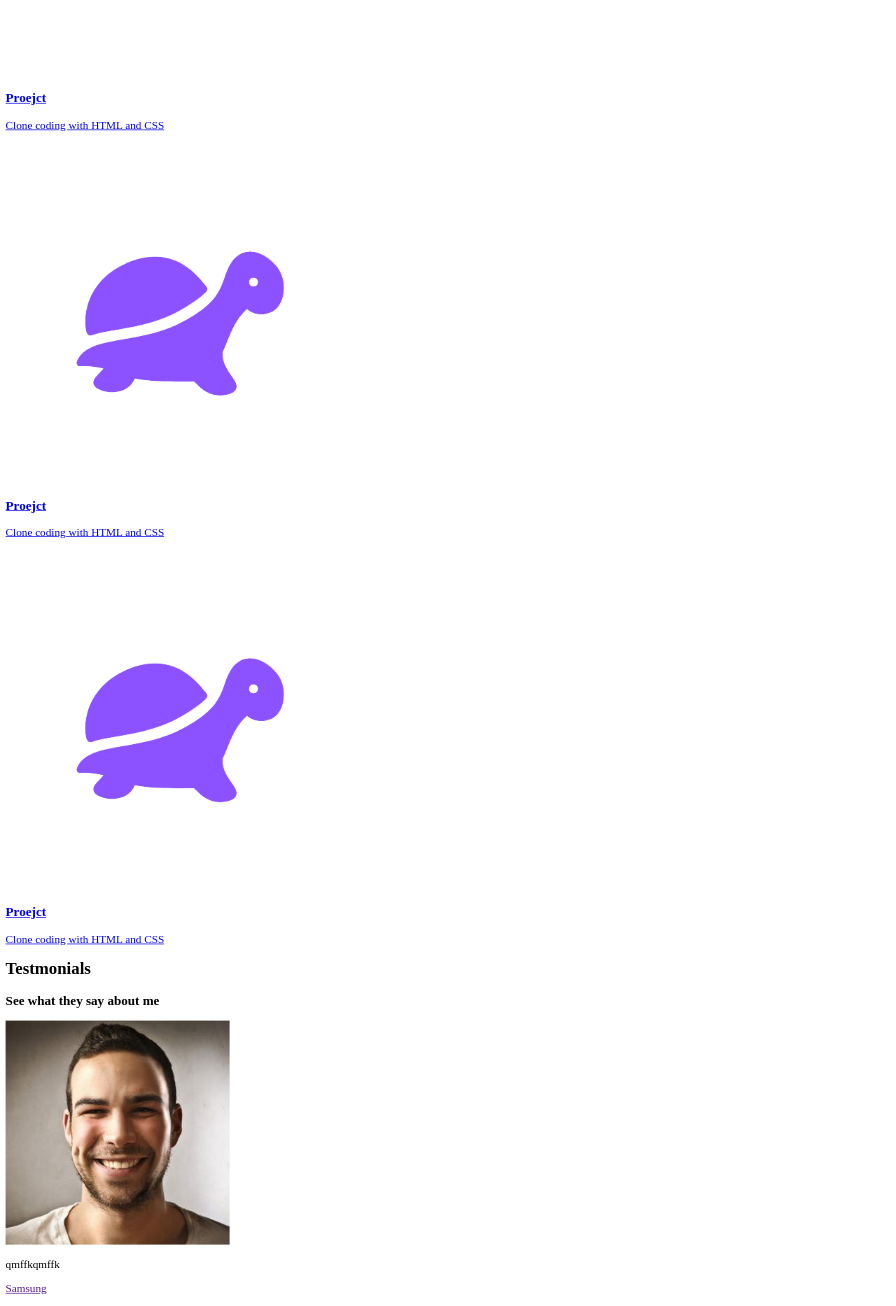
Repository: DevMinwoo-Jung/MinwooPortfolio
Page: index.html
These files come from the project's save history. The page is drawn as it stood at one moment and after the next save; the edit follows.
The browser window is 1280 px wide. The pictures show the part of the page from y = 4580 to 6500 px (the page is 6446 px tall before and 6866 px after), at 70% of full size.

Above is the page before, as saved 2021-05-28 11:12:35.

### index.html
<!DOCTYPE html>
<html lang="en">
<head>
  <meta charset="UTF-8">
  <meta http-equiv="X-UA-Compatible" content="IE=edge">
  <meta name="viewport" content="width=device-width, initial-scale=1.0">
  <title>Minwoo's Portfolio</title>
  <meta name="description" content="(will be) world-renowned Front-End Web developer Minwoo">
  <meta name="author" content= "Minwoo Jung">
  <link rel="icon" type ="image/png" href="imgs/favicon.png">
  <link rel="stylesheet" href="https://use.fontawesome.com/releases/v5.15.3/css/all.css" integrity="sha384-SZXxX4whJ79/gErwcOYf+zWLeJdY/qpuqC4cAa9rOGUstPomtqpuNWT9wdPEn2fk" crossorigin="anonymous">
  <link rel="preconnect" href="https://fonts.gstatic.com">
<link href="https://fonts.googleapis.com/css2?family=Open+Sans:wght@400;600;700&display=swap" rel="stylesheet">
<link rel="stylesheet" href="style.css">
<script src="main.js" defer></script>
</head>
<body>
  <!-- Navbar -->
  <nav id="navbar">
    <div class="navbar__logo">
      <img src="imgs/favicon.png" alt="">
      <a href="#">Minwoo</a>
    </div>
      <ul class="nvabar__menu">
        <li class="navbar__menu__item">Home</li>
        <li class="navbar__menu__item">About</li>
        <li class="navbar__menu__item">Skills</li>
        <li class="navbar__menu__item">My work</li>
        <li class="navbar__menu__item">Testimonial</li>
        <li class="navbar__menu__item">Contact</li>
      </ul>
  </nav>
  <!-- Home -->
  <section id="home">
    <img src="imgs/myPhoto.jpg" alt="Minwoo's profile photo" class="home__avatar">
    <h1 class="home__title">반갑습니다. <br> 프론트엔드 개발자 정민우입니다.</h1>
    <h2 class="home__description">멈추지 않는 개발자로 살아가고싶습니다.</h2>
    <button class="home__contact">Contact Me</button>
  </section>
  <!-- About -->
  <section id="about">
    <h1>About me</h1>
    <p>나를 나타내는 문장 문장 장문 문에 있는 고추장</p>
    <div class="about__majors">
      <div class="major">
        <div class="major__icon">
          <i class="fab fa-js-square"></i>
        </div>
        <div class="major__title">Front-End</div>
        <div class="major__description">
          HTML, CSS, JavaScript, TypeScript
        </div>
      </div>
      <div class="major">
        <div class="major__icon">
          <i class="fab fa-node"></i>
        </div>
        <div class="major__title">Back-End</div>
        <div class="major__description">
          HTML, CSS, JavaScript, TypeScript
        </div>
      </div>
      <div class="major">
        <div class="major__icon">
          <i class="fab fa-react"></i>
        </div>
        <div class="major__title">Framework</div>
        <div class="major__description">
          HTML, CSS, JavaScript, TypeScript
        </div>
      </div>
    </div>
    <div class="aoubt__jobs">
      <img src="imgs/school.png" alt="" class="job__logo">
      <p class="job__period">쌍용교육센터 - 2019.09 ~ 2020.04</p>
      <img src="imgs/school.png" alt="" class="job__logo">
      <p class="job__period">호서대학교 - 2012.02 ~ 2017.02</p>
    </div>



  </section>
  <!-- Skills -->
  <section id="skills">
    <h1>Skills</h1>
    <h2>Skills & Attributes</h2>
    <p>
      나를 잘 포장할 말을 쓰면 된다
    </p>
    <div class="skillset">
      <div class="skillset__left">
        <h3 class="skillset__title">Skills</h3>
        <div class="skill">
          <div class="skill__description">
            <span>HTML</span>
            <span>90%</span>
          </div>
          <div class="skill__bar">
            <div class="skill__value"></div>
          </div>
        </div>
        <div class="skill">
          <div class="skill__description">
            <span>JavaScript</span>
            <span>90%</span>
          </div>
          <div class="skill__bar">
            <div class="skill__value"></div>
          </div>
        </div>
        <div class="skill">
          <div class="skill__description">
            <span>CSS</span>
            <span>90%</span>
          </div>
          <div class="skill__bar">
            <div class="skill__value"></div>
          </div>
        </div>
        <div class="skill">
          <div class="skill__description">
            <span>TypeScript</span>
            <span>90%</span>
          </div>
          <div class="skill__bar">
            <div class="skill__value"></div>
          </div>
        </div>
        <div class="skill">
          <div class="skill__description">
            <span>NodeJs</span>
            <span>90%</span>
          </div>
          <div class="skill__bar">
            <div class="skill__value"></div>
          </div>
        </div>
      </div>
      <div class="skillset__right">
        <div class="tools">
          <h3 class="skillset__title">Tools</h3>
          <ul class="tools__list">
            <li><span>Visual Studio Code</span></li>
            <li><span>1</span></li>
            <li><span>2</span></li>
            <li><span>3</span></li>
            <li><span>4</span></li>
          </ul>
        </div>
        <div class="etc">
          <h3 class="skillset__title">Etc</h3>
          <ul class="etc__list">
            <li><span>Git</span></li>
            <li><span>Etc</span></li>
          </ul>
        </div>
      </div>
    </div>
  </section>
  <!-- Work -->
  <section id="work">
    <h1>My work</h1>
    <h3>Projects</h3>
    <div class="work__categories">
      <button class="category__btn">All <span class="category__count">8</span></button>
      <button class="category__btn">Front-End <span class="category__count">3</span></button>
      <button class="category__btn">React <span class="category__count">2</span></button>
      <button class="category__btn">vanilaJs <span class="category__count">2</span></button>
      <button class="category__btn">nodeJs <span class="category__count">1</span></button>
    </div>
    <div class="wrok__projects">
      <a href="mygithub" class="project__img" target="blank" data-type="back-end">
      <img src="imgs/favicon.png" alt="project1">
      <!-- 이미지 추후에 넣자 -->
      <div class="project__description">
        <h3>Proejct</h3>
        <span>Clone coding with HTML and CSS</span>
      </div>
      </a>
      <a href="mygithub" class="project__img" target="blank" data-type="back-end">
        <img src="imgs/favicon.png" alt="project1">
        <!-- 이미지 추후에 넣자 -->
        <div class="project__description">
          <h3>Proejct</h3>
          <span>Clone coding with HTML and CSS</span>
        </div>
        </a>
        <a href="mygithub" class="project__img" target="blank" data-type="back-end">
          <img src="imgs/favicon.png" alt="project1">
          <!-- 이미지 추후에 넣자 -->
          <div class="project__description">
            <h3>Proejct</h3>
            <span>Clone coding with HTML and CSS</span>
          </div>
          </a>
          <a href="mygithub" class="project__img" target="blank" data-type="back-end">
            <img src="imgs/favicon.png" alt="project1">
            <!-- 이미지 추후에 넣자 -->
            <div class="project__description">
              <h3>Proejct</h3>
              <span>Clone coding with HTML and CSS</span>
            </div>
            </a>
    </div>
  </section>
  <!-- Testimonials -->
  <section id="testimonials">
    <h1>Testmonials</h1>
    <h3>See what they say about me</h3>
    <div class="testmonials">
      <div class="testimonial">
        <img src="imgs/testimonail/people.jpg" alt="" class="testimonial__avatar">
        <div class="testimonail__speech-bubble">
          <p>qmffkqmffk</p>
          <p class="name"><a href="">Samsung</a></p>
        </div>
      </div>
    </div>
  </section>
  <!-- Contact -->
  <section id="contact"></section>
</body>
</html>

Loaded but not shown: main.js (no copy from this time; the picture is the same without it); style.css (no copy from this time; the picture is the same without it)

After the next save:
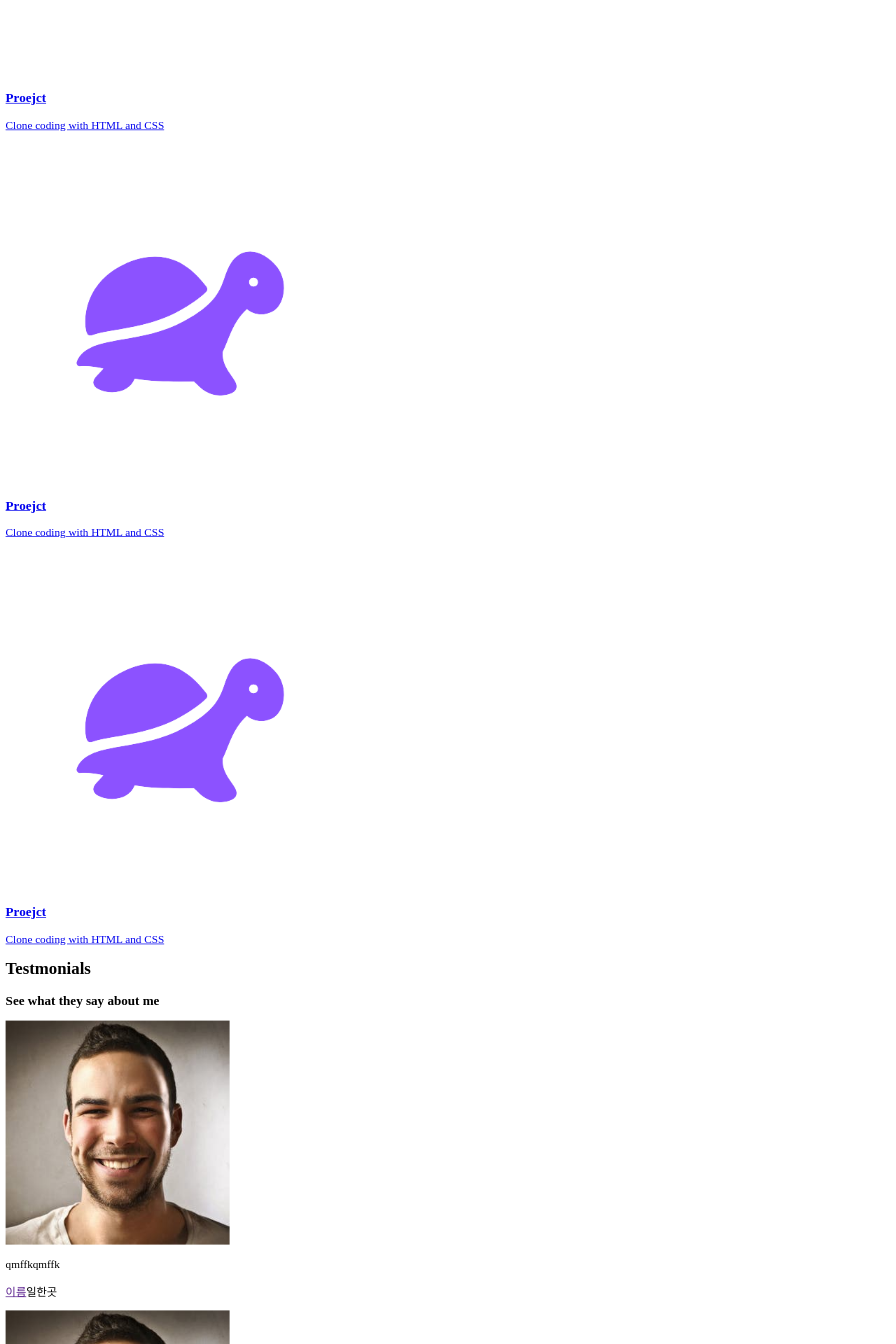
Saved 54 s later.
--- a/index.html
+++ b/index.html
@@ -212,7 +212,14 @@
         <img src="imgs/testimonail/people.jpg" alt="" class="testimonial__avatar">
         <div class="testimonail__speech-bubble">
           <p>qmffkqmffk</p>
-          <p class="name"><a href="">Samsung</a></p>
+          <p class="name"><a href="">이름</a>일한곳</p>
+        </div>
+      </div>
+      <div class="testimonial">
+        <img src="imgs/testimonail/people.jpg" alt="" class="testimonial__avatar">
+        <div class="testimonail__speech-bubble">
+          <p>qmffkqmffk</p>
+          <p class="name"><a href="">이름</a>일한곳</p>
         </div>
       </div>
     </div>
